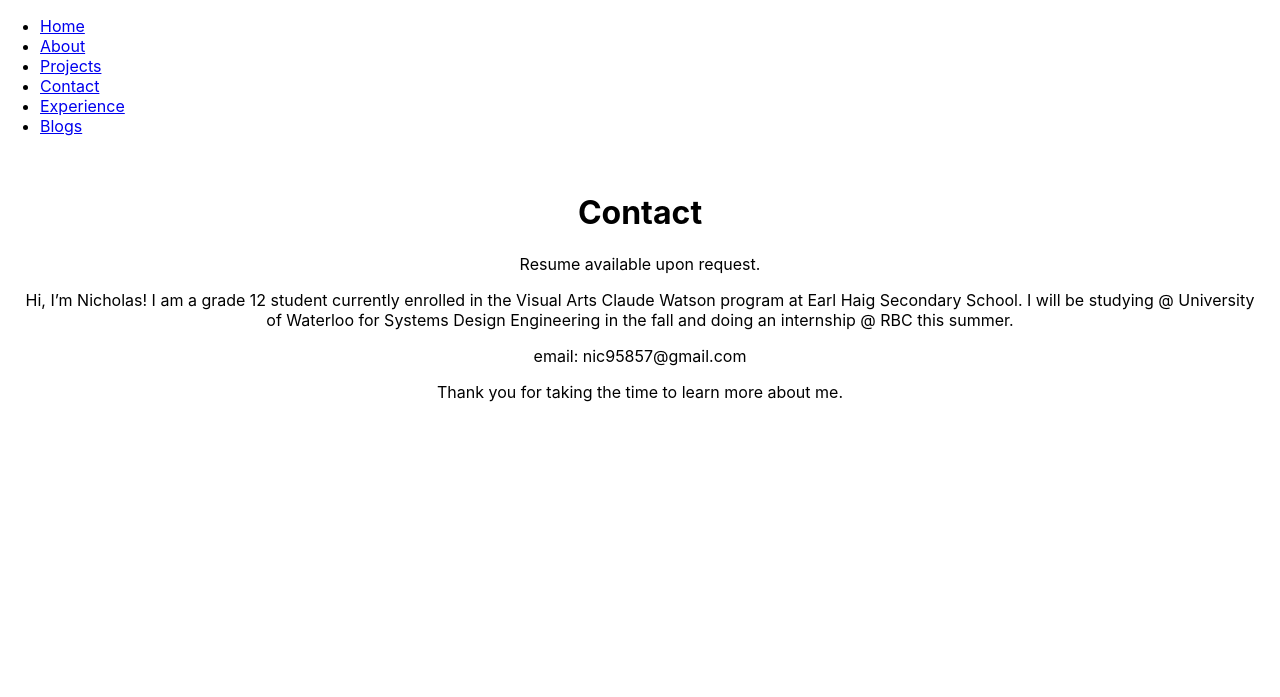
Repository: nicholaschen09/personalWebsite
Page: /contact
An editor plug-in stored every save of this project. The page is shown before and after the next save, followed by the edit.
The browser window is 1280 px wide. The pictures show the whole page.
The project was rebuilt for these pictures with package versions that can differ from the ones it lists, and the page was loaded fresh each time. Also part of the build but not shown: src/components/About.css, src/components/About.js, src/components/Home.css, src/components/Home.js, src/components/Projects.css, src/components/Projects.js, src/components/Experience.css, src/components/Experience.js and 2 more.

Above is the page before, as saved 2024-05-23 00:14:59.

### src/App.js
import React from 'react';
import { BrowserRouter as Router, Route, Routes, Link } from 'react-router-dom';
import About from './components/About.js';
import Home from './components/Home.js';
import Projects from './components/Projects.js';
import Contact from './components/Contact.js';
import Experience from './components/Experience.js';
import Blog from './components/Blog.js';

function App() {
  return (
    <Router>
      <div>
        <nav>
          <ul>
            <li>
              <Link to="/">Home</Link>
            </li>
            <li>
              <Link to="/about">About</Link>
            </li>
            <li>
              <Link to="/projects">Projects</Link>
            </li>
            <li>
              <Link to="/contact">Contact</Link>
            </li>
            <li>
              <Link to="/experience">Experience</Link>
            </li>
            <li>
              <Link to="/blogs">Blogs</Link>
            </li>
          </ul>
        </nav>

        <Routes>
          <Route path="/about" element={<About />} />
          <Route path="/" element={<Home />} />
          <Route path="/projects" element={<Projects />} />
          <Route path="/blogs" element={<Blog />} />
          <Route path="/experience" element={<Experience />} />
          <Route path="/contact" element={<Contact />} />
        </Routes>
      </div>
    </Router>
  );
}

export default App;

### src/components/Contact.js
import React from 'react';
import './Contact.css';

const Contact = () => {
    return (
        <div className="contact">
            <h1>Contact</h1>
            <p>Resume available upon request.</p>
            <p>Hi, I’m Nicholas!  I am a grade 12 student currently enrolled in the Visual Arts Claude Watson
                program at Earl Haig Secondary School. I will be studying @ University of
                Waterloo for Systems Design Engineering in the fall and doing an internship @ RBC this summer.</p>
            <p>email: nic95857@gmail.com</p>
            <p>Thank you for taking the time to learn more about me.</p>
        </div>
    );
};

export default Contact;

### src/components/Contact.css
.contact {
    text-align: center;
    padding: 20px;
}

Loaded but not shown: public/index.html (common file); src/index.js (common file); src/index.css (common file); src/reportWebVitals.js (common file)

After the next save:
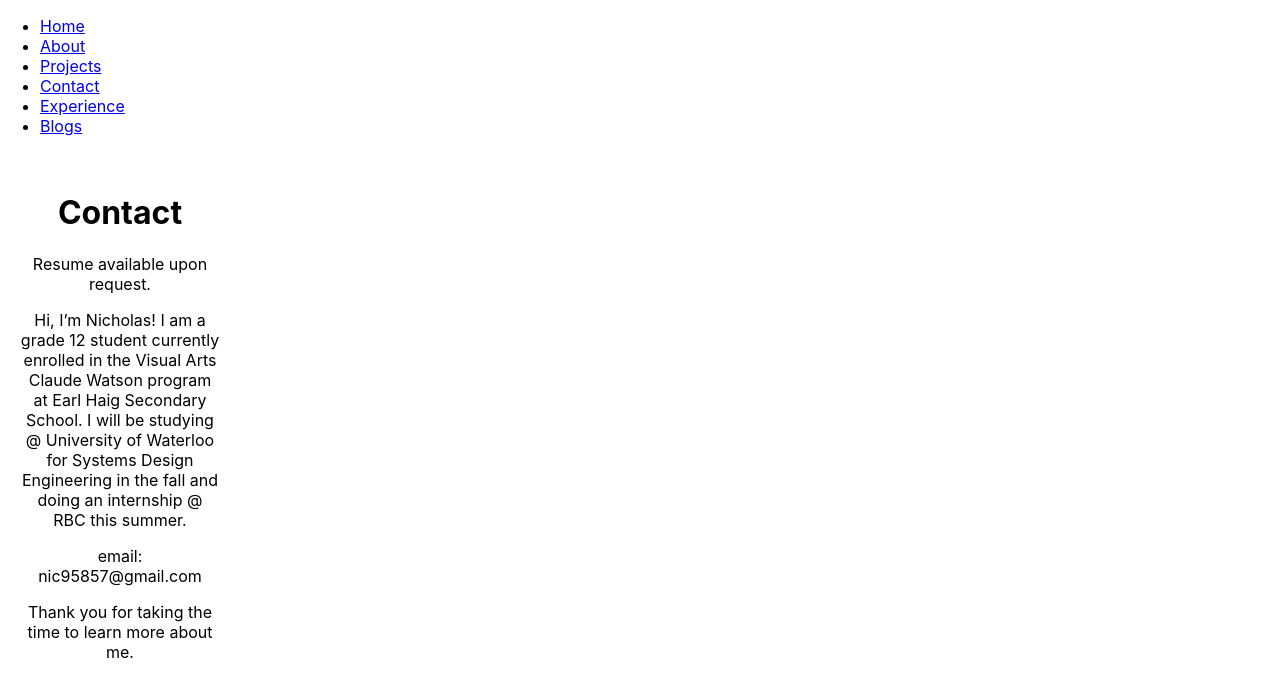
Saved 43 s later.
--- a/src/components/Contact.css
+++ b/src/components/Contact.css
@@ -1,4 +1,5 @@
 .contact {
     text-align: center;
     padding: 20px;
+    width: 200px;
 }
